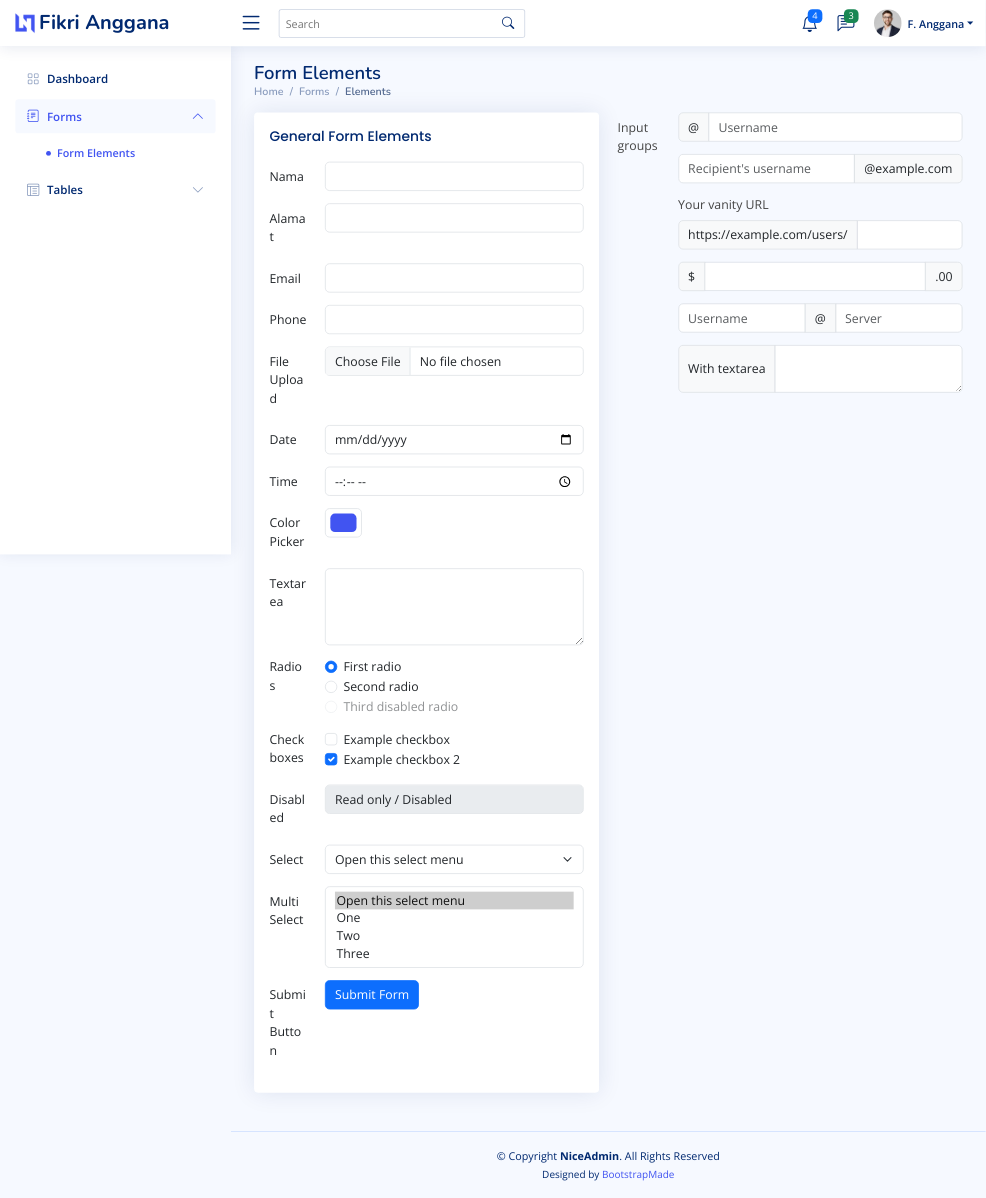
Repository: fikrianggana/PRG4_M2_P1_088
Page: NiceAdmin/forms-elements.html
These files come from the project's save history. The page is drawn as it stood at one moment and after the next save; the edit follows.
The browser window is 1280 px wide. The pictures show the whole page, at 77% of full size.

Above is the page before, as saved 2023-09-19 23:28:26.

After the next save:
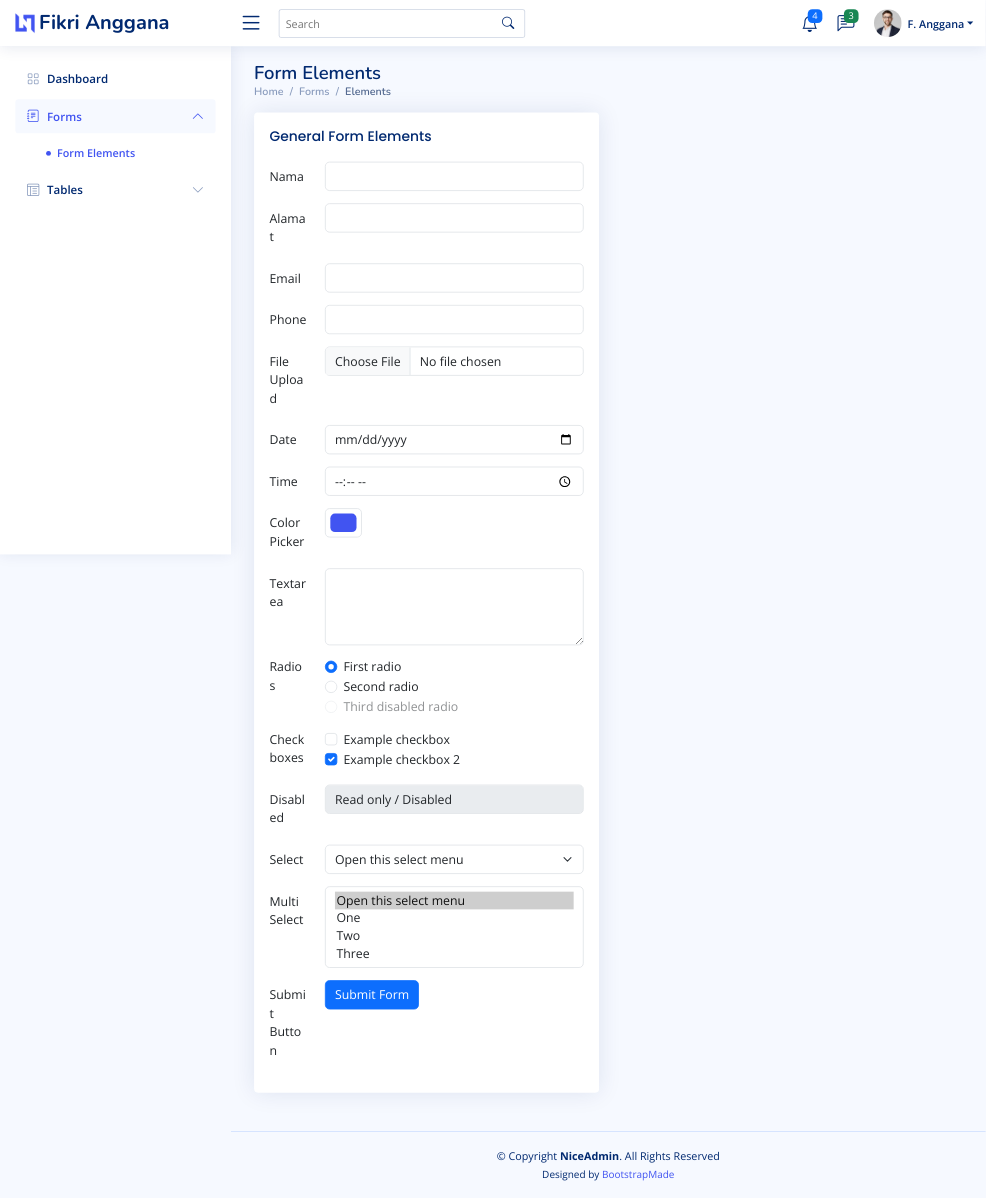
Saved 23 s later.
--- a/NiceAdmin/forms-elements.html
+++ b/NiceAdmin/forms-elements.html
@@ -478,55 +478,6 @@
           </div>
 
         </div>
-
-        <div class="col-lg-6">
-
-
-                <div class="row mb-5">
-                  <label class="col-sm-2 col-form-label">Input groups</label>
-                  <div class="col-sm-10">
-                    <div class="input-group mb-3">
-                      <span class="input-group-text" id="basic-addon1">@</span>
-                      <input type="text" class="form-control" placeholder="Username" aria-label="Username" aria-describedby="basic-addon1">
-                    </div>
-
-                    <div class="input-group mb-3">
-                      <input type="text" class="form-control" placeholder="Recipient's username" aria-label="Recipient's username" aria-describedby="basic-addon2">
-                      <span class="input-group-text" id="basic-addon2">@example.com</span>
-                    </div>
-
-                    <label for="basic-url" class="form-label">Your vanity URL</label>
-                    <div class="input-group mb-3">
-                      <span class="input-group-text" id="basic-addon3">https://example.com/users/</span>
-                      <input type="text" class="form-control" id="basic-url" aria-describedby="basic-addon3">
-                    </div>
-
-                    <div class="input-group mb-3">
-                      <span class="input-group-text">$</span>
-                      <input type="text" class="form-control" aria-label="Amount (to the nearest dollar)">
-                      <span class="input-group-text">.00</span>
-                    </div>
-
-                    <div class="input-group mb-3">
-                      <input type="text" class="form-control" placeholder="Username" aria-label="Username">
-                      <span class="input-group-text">@</span>
-                      <input type="text" class="form-control" placeholder="Server" aria-label="Server">
-                    </div>
-
-                    <div class="input-group">
-                      <span class="input-group-text">With textarea</span>
-                      <textarea class="form-control" aria-label="With textarea"></textarea>
-                    </div>
-                  </div>
-                </div>
-
-              </form><!-- End General Form Elements -->
-
-            </div>
-          </div>
-
-        </div>
-      </div>
     </section>
 
   </main><!-- End #main -->
